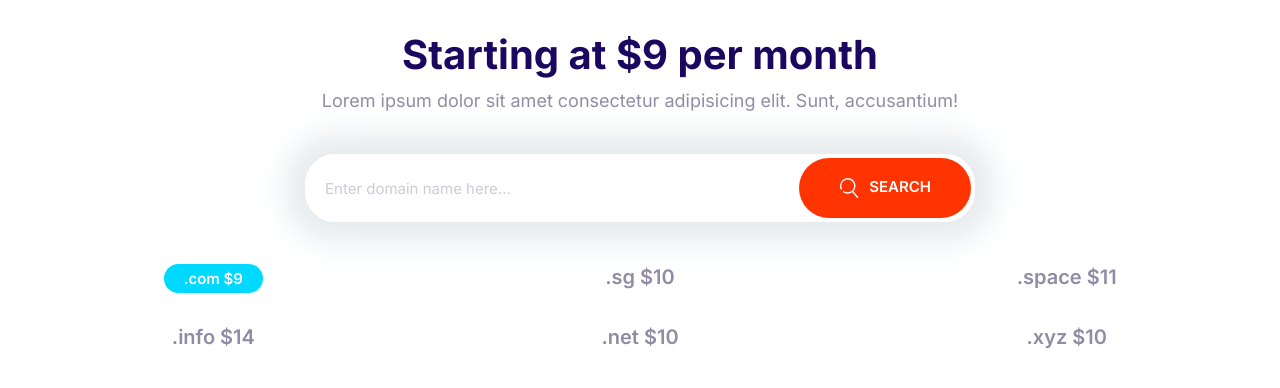
Repository: CJYen/moshify
Page: playground.html
An editor plug-in stored every save of this project. The page is shown before and after the next save, followed by the edit.
The browser window is 1280 px wide. The pictures show the whole page.

Above is the page before, as saved 2021-03-17 12:05:06.

### playground.html
<!DOCTYPE html>
<html lang="en">
  <head>
    <meta charset="UTF-8" />
    <meta http-equiv="X-UA-Compatible" content="IE=edge" />
    <meta name="viewport" content="width=device-width, initial-scale=1.0" />
    <title>Document</title>
    <link rel="preconnect" href="https://fonts.gstatic.com" />
    <link
      href="https://fonts.googleapis.com/css2?family=Inter:wght@400;600;700&display=swap"
      rel="stylesheet"
    />
    <link rel="stylesheet" href="css/normalize.css" />
    <link rel="stylesheet" href="css/styles.css" />
  </head>
  <body>
    <section class="domain block-domain">
      <header class="block__header">
        <h2>Starting at $9 per month</h2>
        <p>
          Lorem ipsum dolor sit amet consectetur adipisicing elit. Sunt,
          accusantium!
        </p>
        <div class="input-group box">
          <input
            type="text"
            class="input"
            placeholder="Enter domain name here..."
          />
          <button class="btn btn--accent">
            <svg class="icon icon--white">
              <use xlink:href="images/sprite.svg#search"></use></svg
            >Search
          </button>
        </div>
        <ul class="list block-domain__prices">
          <li>
            <span class="badge badge--secondary">.com $9 </span>
          </li>
          <li>.sg $10</li>
          <li>.space $11</li>
          <li>.info $14</li>
          <li>.net $10</li>
          <li>.xyz $10</li>
        </ul>
      </header>
    </section>
  </body>
</html>

### css/styles.css
/* Typography */
::selection {
    background: var(--color-primary);
    color: #fff;
}
:root {
    --color-primary: #2584ff;
    --color-secondary: #00d9ff;
    --color-accent: #ff3400;
    --color-headings: #1b0760;
    --color-body: #918ca4;
    --color-body-darker: #5c5577;
    --color-border: #ccc;
    --border-radius: 30px;
}
*, *::after, *::before {
    box-sizing: border-box;
}

html {
    font-size: 62.5%;
}

body {
    font-family: Inter, Arial, Helvetica, sans-serif;
    font-size: 2.4rem;
    line-height: 1.5;
    color: var(--color-body);
}
h1, h2, h3 {
    color: var(--color-headings);
    margin-bottom: 1rem;
    line-height: 1.1;
}
h1 {
    font-size: 7rem;
}
h2 {
    font-size: 4rem;
}
h3 {
    font-size: 3rem;
    font-weight: 500;
}
p {
    margin-top: 0;
}

@media screen and (min-width: 1024px){
    body{
        font-size: 1.8rem;
    }
    h1{
        font-size: 8rem;
    }
    h2{
        font-size: 4rem;
    }
    h3{
        font-size: 2.4rem;
    }
}

/* links */
a {
    text-decoration: none;
}

.link-arrow {
    color: var(--color-accent);
    text-transform: uppercase;
    font-size: 2rem;
    font-weight: bold;
}

.link-arrow::after {
    content:"-->";
    margin-left: 5px;
    transition: margin 0.15s;
}

.link-arrow:hover::after {
    margin-left: 10px;
}

@media screen and (min-width: 1024px){
    .link-arrow {
        font-size: 1.5rem;
    }
}

/* badge */
.badge {
    border-radius: 20px;
    font-size: 2rem;
    font-weight: 600;
    padding: 0.5rem 2rem;
    white-space: nowrap;
}
.badge--primary {
    background: var(--color-primary);
    color: white;
}
.badge--secondary {
    background: var(--color-secondary);
    color: white;
}
.badge--small {
    font-size: 1.6rem;
    padding: 0.5rem 1.5rem;
}

@media screen and (min-width: 1024px) {
    .badge {
        font-size: 1.5rem;
    }
    .badge--small {
        font-size: 1.2rem;
    }
}

/* list */
.list {
    list-style: none;
    padding-left: 0;

}
.list--inline .list__item {
    display: inline-block;
    margin-right: 2rem;
}
.list--tick {
    list-style-image: url(../images/tick.svg);
    padding-left: 3rem;
    color: var(--color-headings);
}
.list--tick .list__item {
    padding-left: 0.5rem;
    margin-bottom: 1rem;
}

@media screen and (min-width: 1024px) {
    .list--tick .list__item {
        padding-left: 0;
    }
}

/* icon */
.icon {
    width: 40px;
    height: 40px;
}
.icon--small {
    width: 30px;
    height: 30px;
}
.icon--primary {
    fill: var(--color-primary);
}
.icon--white {
    fill: white;
}
.icon-container {
    background: #f3f9fa;
    width: 64px;
    height: 64px;
    border-radius: 100%;
    display: inline-flex;
    justify-content: center;
    align-items: center;
}
.icon-container--accent {
    background: var(--color-accent);
}

/* button */
.btn {
    border-radius: 40px;
    border: 0;
    cursor: pointer;
    font-size: 1.8rem;
    font-weight: 600;
    margin: 1rem 0;
    /* outline: 0; */
    padding: 2rem 4rem;
    text-align: center;
    text-transform: uppercase;
    white-space: nowrap;
}
.btn .icon {
    width: 2rem;
    height: 2rem;
    margin-right: 1rem;
    vertical-align: middle;
}
.btn--primary {
    background: var(--color-primary);
    color: #fff;
}
.btn--primary:hover {
    background: #3a8ffd;
}

.btn--secondary {
    background: var(--color-secondary);
    color: #fff;
}
.btn--secondary:hover {
    background: #00c8eb;
}
.btn--accent {
    background: var(--color-accent);
    color: #fff;
}
.btn--accent:hover {
    background: #ec3000;
}
.btn--outline {
    background: #fff;
    color: var(--color-headings);
    border: 2px solid var(--color-headings);
}
.btn--stretched {
    padding-left: 6rem;
    padding-right: 6rem;
}
.btn--block {
    width: 100%;
    display: inline-block;
}
@media screen and (min-width: 1024px) {
    .btn {
        font-size: 1.5rem;
    }
}

input
.input {
    border-radius: var(--border-radius);
    border: 1px solid var(--color-border);
    color: var(--color-headings);
    font-size: 2rem;
    outline: 0;
    padding: 1.5rem 3.5rem;
}
::placeholder {
    color: #cdcbd7;
}
.input-group {
    border: 1px solid var(--color-border);
    border-radius: var(--border-radius);
    display: flex;
}
.input-group .input {
    background-color: transparent;
    border: 0;
    flex-grow: 1;
    outline: 0;
    padding: 2rem;
    width: 0;
}
.input-group .btn {
    margin: 4px;
}

@media screen and (min-width: 1024px) {
    .input {
        font-size: 1.5rem;
    }
}

/* Cards */
.card {
    border-radius: 7px;
    box-shadow: 0 0 20px 10px #f3f3f3;
    overflow: hidden;
}

.card__header,
.card__body {
    padding:  2rem 3rem;
}
.card--primary .card__header {
    background-color: var(--color-primary);
    color: #fff;
}
.card--secondary .card__header {
    background-color: var(--color-secondary);
    color: #fff;
}
.card--primary .badge--primary {
    background: #126de4;
}
.card--secondary .badge--secondary  {
    background: #02cdf1;
}

/* plan */
.plan {
    transition: transform .2s ease-out;
}
.plan__name {
    color: #fff;
    margin: 0;
    font-weight: 500;
    font-size: 2.4rem;
}
.plan__price {
    font-size: 6rem;
}
.plan__billing-cycle {
    font-size: 2.4rem;
    font-weight: 300;
    opacity: 0.8;
    margin-right: 1rem;
}
.plan__description  {
    font-size: 2rem;
    font-weight: 300;
    letter-spacing: 1px;
    display: block;
}
.plan .list__item   {
    margin: 2rem;
}
.plan--popular {
    transform: scale(1.1);
}
.plan--popular .card__header {
    position: relative;
}
.plan--popular .card__header::before {
    content: url(../images/popular.svg);
    width: 40px;
    display: inline-block;
    position: absolute;
    top: -6px;
    right: 5%;
}
.plan:hover {
    transform: scale(1.05);
}
.plan--popular:hover {
    transform: scale(1.15);
}

@media screen and (min-width: 1024px) {
    .plan__name {
        font-size: 1.4rem;
    }
    .plan__price {
        font-size: 5rem;
    }
    .plan__billing-cycle {
        font-size: 1.6rem;
    }
    .plan__description {
        font-size: 1.7rem;
    }
}

/* media  */
/* We will not modified the bg color for font size at this point
 since we don't know yet what if there is some other color option */
.media {
    display: flex;
    margin-bottom: 4rem;
}
.media__title {
    margin: 0;
}
.media__body {
    margin: 0 2rem;
}
.media__image {
    margin-top: 1rem;
}

/* quote */
.quote {
    font-size: 3rem;
    font-style: italic;
    color: var(--color-body-darker);
    line-height: 1.3;
}
.quote__text::before {
    content: open-quote;
}
.quote__text::after {
    content: close-quote;
}
.quote__author{
    font-size: 3rem;
    font-weight: 500;
    font-style: normal;
    margin-bottom: 0;
}
.quote__organization {
    color: var(--color-headings);
    opacity: 0.4;
    font-size: 2rem;
    font-style: normal;
}
.quote__line {
    position: relative;
    bottom: 10px;
}

@media screen and (min-width: 1024px) {
    .quote {
        font-size: 2rem;
    }
    .quote__author {
        font-size: 2.4rem;
    }
    .quote__organization {
        font-size: 1.6rem;
    }
}

/* Grid */
.grid {
    display: grid;
}

@media screen and (min-width: 768px) {
    .grid--1X2 {
        grid-template-columns: repeat(2, 1fr);
    }
}
@media screen and (min-width: 1024px) {
    .grid--1X3 {
        grid-template-columns: repeat(3, 1fr);
    }
}

/* Testimonials */
.testimonial {
    padding: 3rem;
}
.testimonial__image {
    position: relative;
    margin: 0 3rem;
  }
.testimonial__image > img {
    width: 100%;
}
.testimonial__image > .icon-container {
    position: absolute;
    top: 3rem;
    right: -32px;
}
@media screen and (min-width: 768px) {
    .testimonial__image {
        margin: 0;
      }

    .testimonial .quote,
    .testimonial .quote__author {
        font-size: 2.4rem;
    }
    .testimonial.quote {
        margin-left: 6rem;
        /* margin-right: 0; */
    }

}

/* Callouts */
.callout {
    padding: 4rem;
    border-radius: 5px;
}
.callout--primary {
    background: var(--color-primary);
    color: #fff;
}
.callout__heading {
    color: #fff;
    margin-top: 0;
    font-size: 3rem;
}
.callout .btn {
    justify-self: center;
    align-self: center;
}
.callout__content {
    text-align: center;
}

@media screen and (min-width: 768px) {
    .callout .grid--1X2 {
        grid-template-columns: 1fr auto;
    }
    .callout__content {
        text-align: left;
    }
    .callout .btn {
        justify-self: start;
        margin: 0 2rem;
    }
}

/* Collapsible */
.collapsible__header {
    display: flex;
    justify-content: space-between;
}

.collapsible__heading {
    margin: 0;
    font-size: 3rem;
}
.collapsible__chevron {
    transform: rotate(-90deg);
    transition: 0.3s;
}
.collapsible__content {
    max-height: 0;
    overflow: hidden;
    opacity: 0;
    transition: all 0.3s;
}
.collapsible--extended .collapsible__chevron {
    transform: rotate(0);
}
.collapsible--extended  .collapsible__content {
    max-height: 100vh;
    opacity: 1;
}

/* Blocks */
.block {
    --padding-vertical: 6rem;
    padding: var(--padding-vertical) 2rem;
}
.block__header {
    text-align: center;
    margin-bottom: 4rem;
}
.block__heading {
    margin-top: 0;
}
.block--dark {
    background: #000;
    color: #7b858b;
}
.block--dark h1,
.block--dark h2,
.block--dark h3 {
    color: #fff;
}
.block--skewed-right {
    padding-bottom: calc(var(--padding-vertical) + 4rem);
    clip-path: polygon(0 0, 100% 0, 100% 100%, 0 90%);
}
.block--skewed-left {
    padding-bottom: calc(var(--padding-vertical) + 4rem);
    clip-path: polygon(0 0, 100% 0, 100% 90%, 0 100%);
}
.container {
    max-width: 1140px;
    margin: 0 auto;
}

/* Navigation Bar */
.nav {
    background: #000;
    display: flex;
    justify-content: space-between;
    flex-wrap: wrap;
    padding: 0 1rem;
    align-items: center;
}
.nav__list {
    width: 100%;
    margin: 0;
}
.nav__item {
    padding: 0.5rem 2rem;
    border-bottom: 1px solid #222;
}
.nav__item > a {
    color: #d2d0db;
    transition: color 0.3s;
}
.nav__item > a:hover {
    color: #fff;
}
.nav__toggler {
    opacity: 0.5;
    transition: box-shadow 0.5s;
    cursor: pointer;
}

.nav.collapsible--extended .nav__toggler {
    opacity: 1;
    box-shadow: 0 0 0 3px #666;
    border-radius: 5px;
}
.nav__brand {
    transform: translateY(5px);
}

@media screen and (min-width: 768px) {
    .nav__toggler {
        display: none;
    }
    .nav__list {
        width: auto;
        display: flex;
        font-size: 1.6rem;
        max-height: 100%;
        opacity: 1;
    }
    .nav__item {
        border: 0;
    }
}

/* Hero */

.hero__tagline {
    font-size: 2rem;
    color: #b9c3cf;
    letter-spacing: 1px;
    margin: 2rem 0 5rem;
}
.hero__image {
    width: 100%;
}

@media screen and (min-width: 768px) {
    .hero {
        padding-top: 0;
    }
    .hero__content {
        text-align: left;
        align-self: center;
    }
}

/* Domain Block */
.block-domain .input-group {
    box-shadow: 0 0 30px 20px #e6ebee;
    border: 0;
    margin: 4rem auto;
    max-width: 670px;
}

.block-domain__prices {
    display: grid;
    grid-template-columns: repeat(3, 1fr);
    grid-template-rows: repeat(2, 6rem);
    font-size: 2rem;
    font-weight: 600;
    justify-items: center;
}
@media screen and (min-width: 768px) {
    .block-domain__prices {
        grid-template-columns: repeat(auto-fit, minimax(100px, 1fr));
    }
}

.plan__block {
    display: grid;
}

/* Plans Block */
.block-plans .grid {
    gap: 8rem 4rem;
}

.block-plans .card {
    max-width: 500px;
    margin: 0 auto;
}

/* Features */
.feature {
    gap: 4rem 2rem;
    margin: 12rem 0;
}
.feature:first-of-type {
    margin: 6rem;
}
.feature__heading {
    margin: 1rem 0;
}
.feature__image {
    width: 100%;
}

@media screen and (min-width: 768px) {
    .feature:nth-of-type(even) .feature__content {
        order: 2;
    }
}

/* Showcase Block */
.block-showcase__image >img {
    width: 100%;
}

@media screen and (min-width: 768px) {
    .block-showcase .grid {
        grid-template-columns: 50% 50%;
    }
    .block-showcase__image {
        justify-self: end;
    }
    .block-showcase__image > img {
        width: auto;
        max-width: 700px;
    }
}

/* Footer */
.footer {
    background: #232323;
}
.footer a {
    color: #777;
    transition: color 0.3s;
}
.footer a:hover {
    color: #fff;
}
.footer__section {
    padding: 2rem;
    border-bottom: 1px solid #393939;
}
.footer__section .list {
    margin: 0;
}
.footer__heading {
    text-transform: uppercase;
    font-weight: 600;
}
.footer__brand {
    margin-top: 5rem;
    text-align: center;
}
.footer__brand img {
    /* TODO: consider refactor this and
    applying to all images */
    width: 100%;
    max-height: 230px;
}
.footer__copyright {
    font-size: 2.1rem;
    color: #fff;
    opacity: .3;
}

@media screen and (min-width:768px) {
    .footer__sections {
        grid-template-columns: repeat(auto-fit, minmax(10rem, 1fr));
    }
    .footer .collapsible__chevron {
        display: none;
    }
    .footer .collapsible__content {
        opacity: 1;
        max-height: 100%;
        font-size: 1.6rem;
    }
    .footer__brand {
        order: -1;
        margin-top: 1rem;
    }
    .footer__copyright {
        font-size: 1.5rem;
    }
    .footer__section {
        border: 0;
    }
    .footer__heading {
        font-size: 1.6rem;
    }
}

Loaded but not shown: css/normalize.css (library)

After the next save:
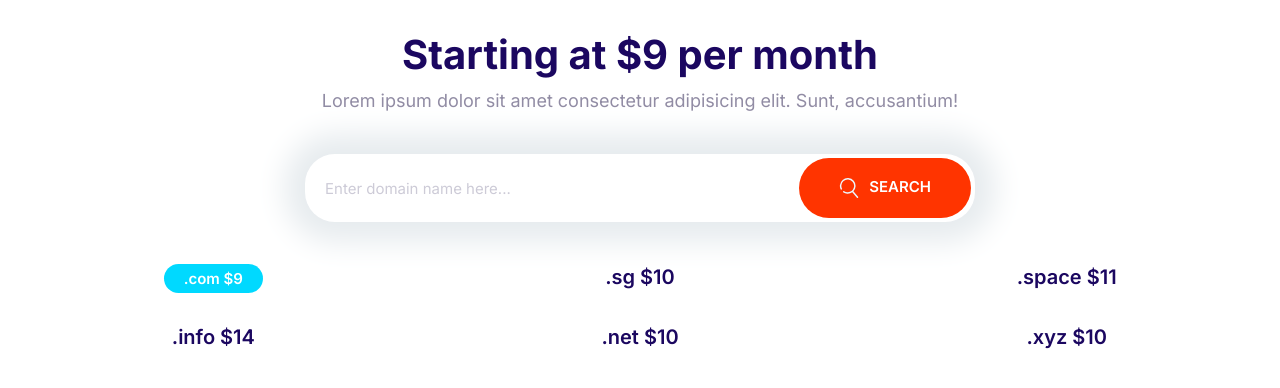
Saved 5 min 3 s later.
--- a/css/styles.css
+++ b/css/styles.css
@@ -649,6 +649,7 @@ input
 }
 
 .block-domain__prices {
+    color: var(--color-headings);
     display: grid;
     grid-template-columns: repeat(3, 1fr);
     grid-template-rows: repeat(2, 6rem);
